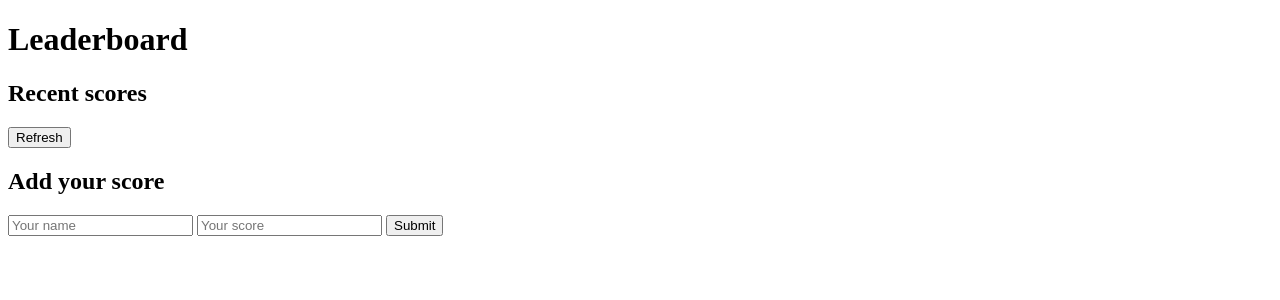
Repository: nevisende/leaderboard
Page: src/index.html
These files come from the project's save history. The page is drawn as it stood at one moment and after the next save; the edit follows.
The browser window is 1280 px wide. The pictures show the whole page.

Above is the page before, as saved 2021-12-15 16:14:10.

After the next save:
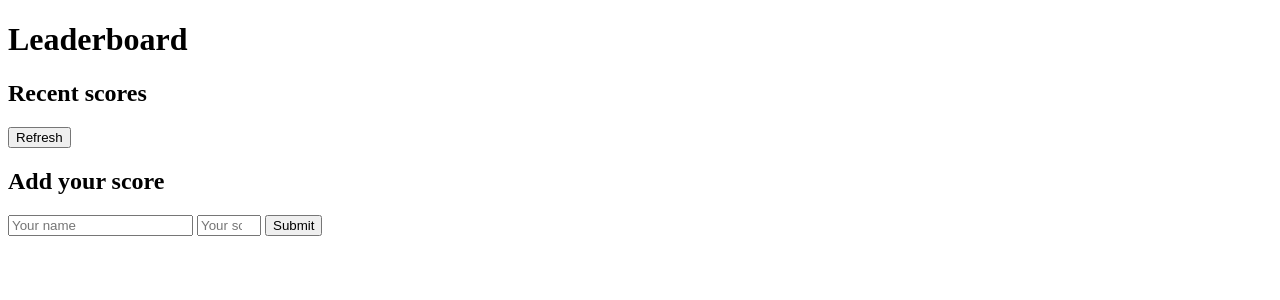
Saved 14 s later.
--- a/src/index.html
+++ b/src/index.html
@@ -22,7 +22,7 @@
                 <h2>Add your score</h2>
 
                     <input placeholder="Your name" type="text" id="name">
-                    <input placeholder="Your score" type="text" id="score">
+                    <input placeholder="Your score" type="number" min="0" max="100" id="score">
                     <button type="submit" id="score-button">Submit</button>
 
             </div>

After the save that followed:
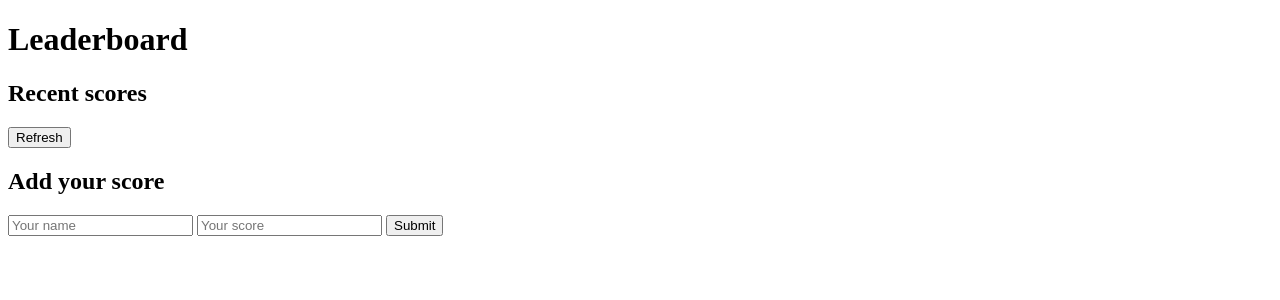
Saved 25 s later.
--- a/src/index.html
+++ b/src/index.html
@@ -22,7 +22,7 @@
                 <h2>Add your score</h2>
 
                     <input placeholder="Your name" type="text" id="name">
-                    <input placeholder="Your score" type="number" min="0" max="100" id="score">
+                    <input placeholder="Your score" type="number" min="0" maxlength="100" id="score">
                     <button type="submit" id="score-button">Submit</button>
 
             </div>
